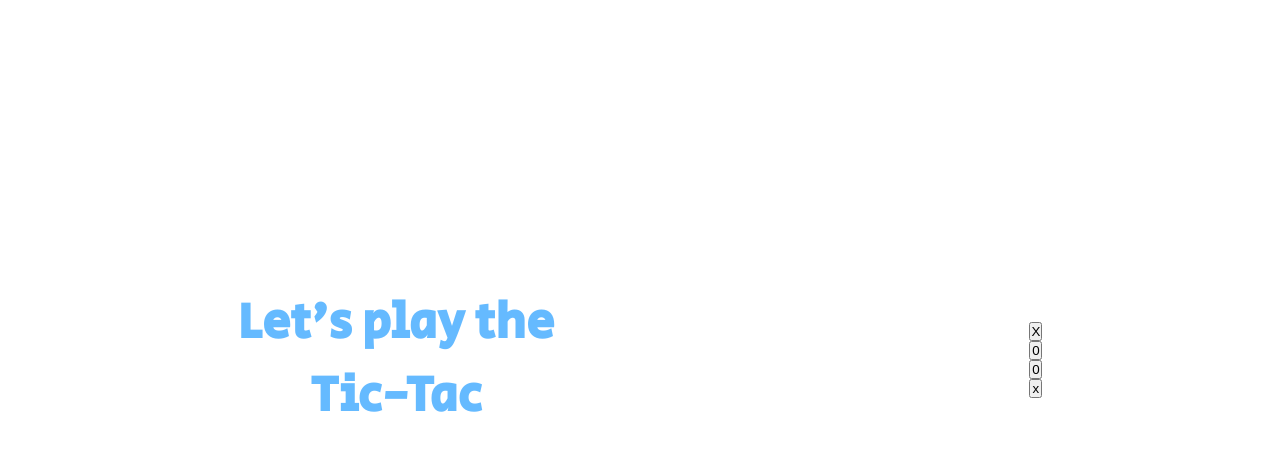
Repository: evergreenx/tic-tac
Page: /
These files come from the project's save history. The page is drawn as it stood at one moment and after a run of saves; the edit follows.
The browser window is 1280 px wide. The pictures show the whole page.
The project was rebuilt for these pictures with package versions that can differ from the ones it lists, and the page was loaded fresh each time.

Above is the page before, as saved 2022-04-20 16:49:10.

### src/index.css
@import url('https://fonts.googleapis.com/css2?family=Anton&family=Secular+One&display=swap');



*{
    margin: 0;
    padding: 0;
    box-sizing: border-box;
}

body {

font-family: 'Secular One', sans-serif
}

.App {
  display: flex;
  flex-direction: row;
  align-items: center;
  justify-content: space-around;
  height: 100vh;
}
.heading {
  color:#008cff9a;
  font-size:50px;

}

@media (max-width: 768px) {
  .App {
    flex-direction: column;
  }
}

### src/App.js
import logo from "./logo.svg";
import "./App.css";
import Board from "./components/Board/Index";

function App() {
  return (
    <div className="App">
      <h1 className="heading">
        Let's play the <br /> Tic-Tac
      </h1>

      <Board />
    </div>
  );
}

export default App;

### src/components/Board/Index.js
import React from "react";
import "./Board.scss";

function index() {
  return (
    <div className="board">
      <button>X</button>

      <button>0</button>

      <button>0</button>

      <button>x</button>
    </div>
  );
}

export default index;

### src/components/Board/Board.scss


.board {


    display: grid;
    grid-template-columns: 1fr ;
}

Loaded but not shown: public/index.html (common file); src/index.js (common file); src/reportWebVitals.js (common file); src/App.css (common file)

After the next 2 saves:
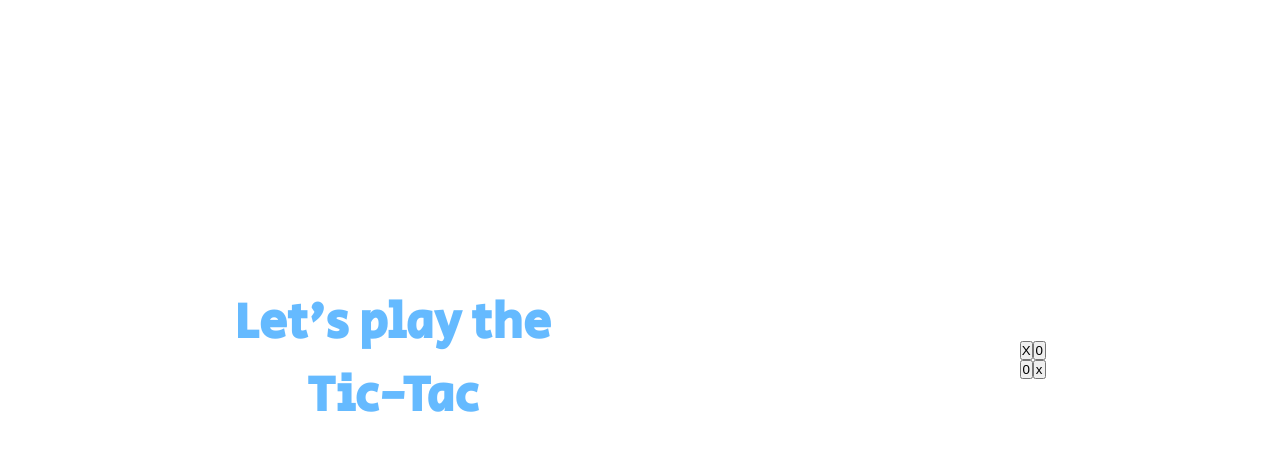
The 2 saves are shown as one change because they came seconds apart.
The last was saved 9 s later.
--- a/src/components/Board/Board.scss
+++ b/src/components/Board/Board.scss
@@ -4,5 +4,5 @@
 
 
     display: grid;
-    grid-template-columns: 1fr ;
+    grid-template-columns: 1fr 1fr;
 }
